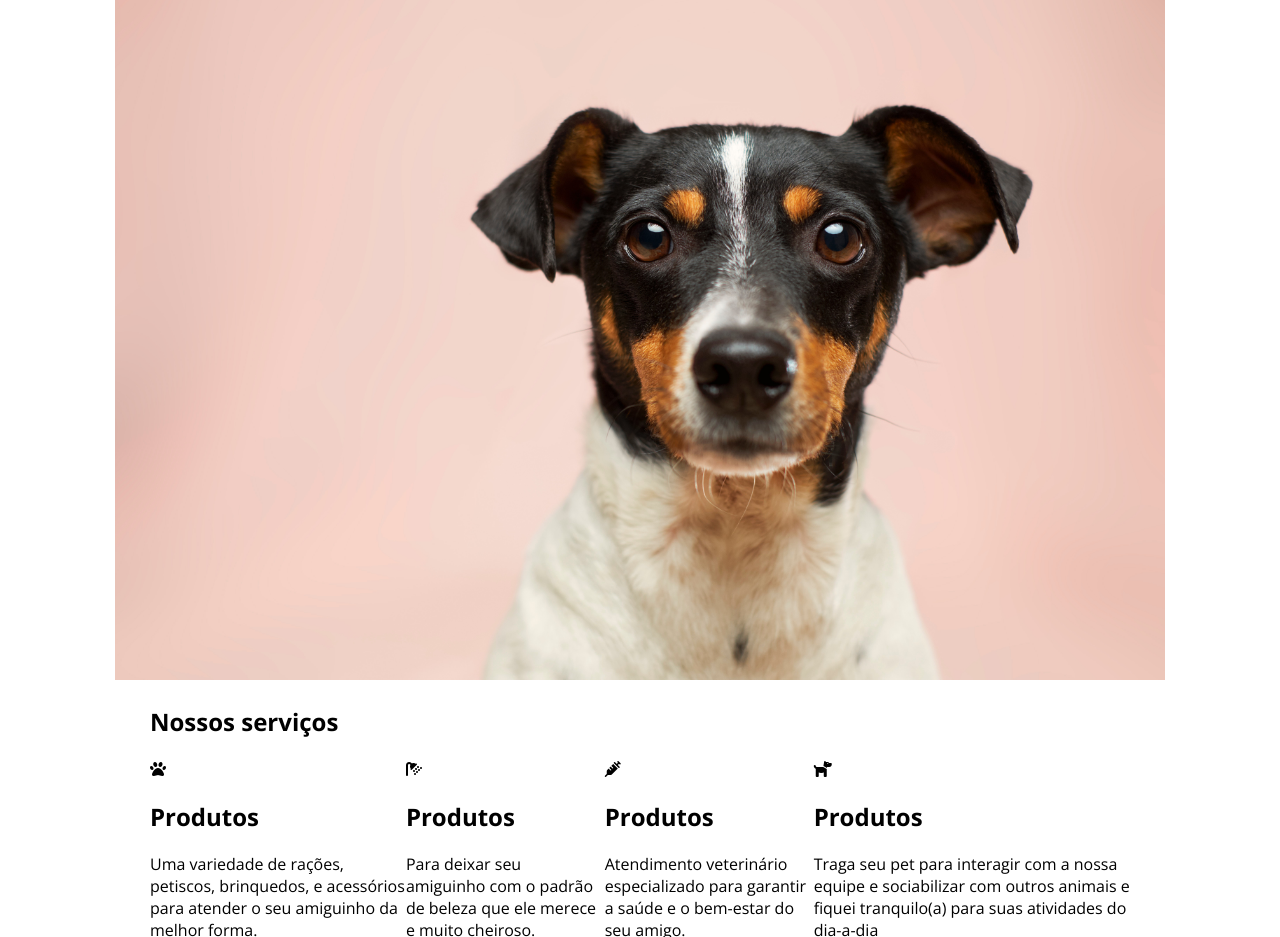
Repository: Carolden/ProhetoPetShop
Page: index.html
These files come from the project's save history. The page is drawn as it stood at one moment and after the next save; the edit follows.
The browser window is 1280 px wide. The pictures show the part of the page from y = 270 to 1207 px (the page is 2741 px tall).
A picture or video elsewhere on the page could not be fetched, so the positions and the page height are approximate.

Above is the page before, as saved 2023-04-28 10:05:14.

After the next save:
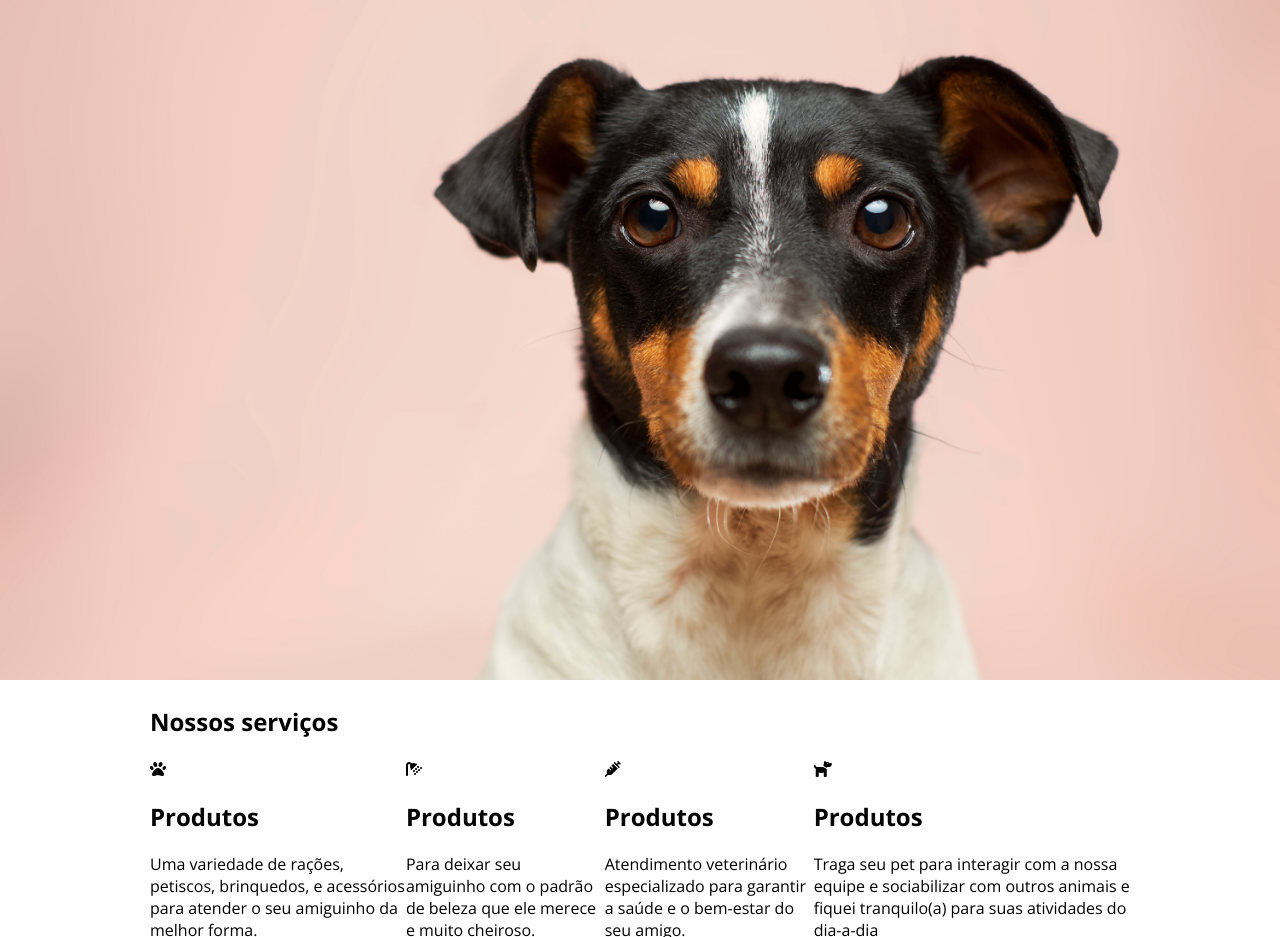
Saved 9 s later.
--- a/index.css
+++ b/index.css
@@ -51,7 +51,7 @@ a:hover {
 .banner{
     width: 100%;
     height: 700px;
-    object-fit: contain;
+    object-fit: cover;
 }
 
 .servicesrow {
